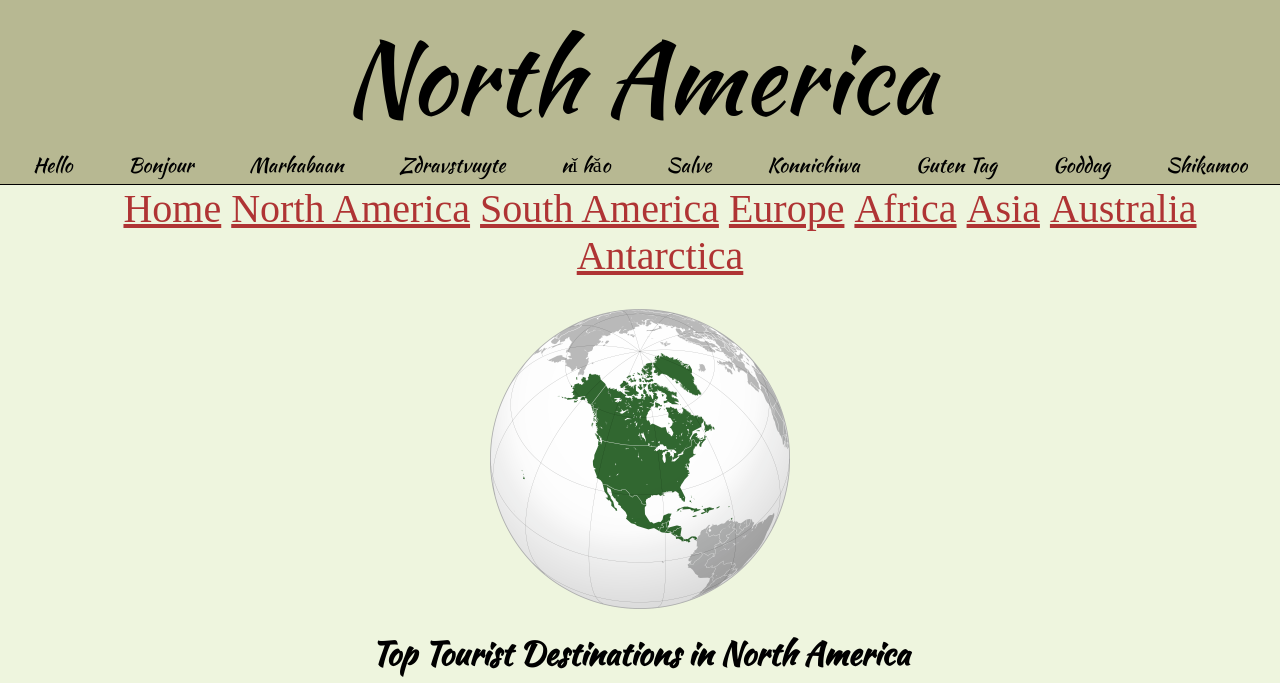
Repository: alharama/StaticWebsite
Page: na_page.html
An editor plug-in stored every save of this project. The page is shown before and after the next save, followed by the edit.
The browser window is 1280 px wide. The pictures show the part of the page from y = 0 to 683 px (the page is 4738 px tall before and 4664 px after).
Pictures or frames that could not be fetched are drawn as grey boxes.

Above is the page before, as saved 2021-10-07 20:31:29.

### na_page.html
<!DOCTYPE html>
<html lang="en">
<head>

    <link rel = "stylesheet" type="text/css" href="CSS/stylesheet.css">
    <link rel="icon" href="World.ico">

    <title> North America </title>

    <style>

        #na {
            display: block;
            margin-left: auto;
            margin-right: auto;
            margin-top: 30px;
            width: auto;
            height: 300px;

        }

        #survey {
            margin: 50px;
        }

        #result {
            padding-top: 5px;
            font-family: 'Kaushan Script';
        }

    </style>

    <script>
        function displayRadioValue() {
            var ele = document.getElementsByName('dest_option');

            for(i = 0; i < ele.length; i++) {
                if(ele[i].checked)
                document.getElementById("result").innerHTML
                         = "Destination: "+ele[i].value;
            }
        }
    </script>

</head>
<div id="contsiner">
<body>
    <header>
        North America


        <div id="languages">
            <div>Hello</div>
            <div>Bonjour</div>
            <div>Marhabaan</div>
            <div>Zdravstvuyte</div>
            <div>nǐ hǎo</div>
            <div>Salve</div>
            <div>Konnichiwa</div>
            <div>Guten Tag</div>
            <div>Goddag</div>
            <div>Shikamoo</div>
        </div>

    </header>
    <div id="content">

        <nav class="top_nav">
            <ul id="top_nav">
                <li><a href="/index.html">Home</a></li>
                <li><a href="/na_page.html">North America</a></li>
                <li><a href="/sa_page.html">South America</a></li>
                <li><a href="/eu_page.html">Europe</a></li>
                <li><a href="/af_page.html">Africa</a></li>
                <li><a href="/as_page.html">Asia</a></li>
                <li><a href="/au_page.html">Australia</a></li>
                <li><a href="/ant_page.html">Antarctica</a></li>
            </ul>
        </nav>

        <img id="na" src="images/NorthAmerica.png" alt="North america">


        <h1> Top Tourist Destinations in North America</h1>


        <ul class = "tourist_spots">
            <li> New York City, NY United States</li>

            <li><img class="dest" src="images/NY.jpeg" alt="NY"></li>
            <li> Los Angeles, CA United States</li>
            <li><img class = "dest" src="images/LA.jpeg" alt="LA"> </li>
            <li> Miami, FL United States</li>
            <li><img class = "dest" src="images/MIA.jpeg" alt = "MIA"></li>
            <li> Toronto, Canada</li>
            <li><img class = "dest" src="images/TOR.jpeg" alt="TOR"> </li>
            <li> Cancun, Mexico</li>
            <li><img class="dest" src="images/Cancun.jpeg" alt="Cancun"> </li>
        </ul>


            <div class = "extra_destinations">
                <div id="other_dest_header"> Other Popular Tourist Destinations</div>
                    <ol>
                        <li> Las Vegas, NV United States</li>
                        <li> Vancouver, Canada</li>
                        <li> San Francisco, CA United States</li>
                        <li> Washington DC, United States</li>
                        <li> Punta Cana, Domincan Republic</li>
                    </ol>
            </div>





        <div id="survey">

            Which destination would you like to travel to?
            <form>

                <input type="radio" name="dest_option" value="New York City">New York City<br>
                <input type="radio" name="dest_option" value="Los Angeles">Los Angeles<br>
                <input type="radio" name="dest_option" value="Miami">Miami<br>
                <input type="radio" name="dest_option" value="Toronto">Toronto<br>
                <input type="radio" name="dest_option" value="Cancun">Cancun<br>
                <input type="radio" name="dest_option" value="Las Vegas">Las Vegas<br>
                <input type="radio" name="dest_option" value="Vancouver">Vancouver<br>
                <button type="button" onclick="displayRadioValue()">
                    Submit
                </button>

                <div id="result"></div>

            </form>

        </div>


    </div>
        <footer>

            References:
                <ol>
                    <li><a href="https://www.travelandleisure.com/travel-guide/new-york-city">https://www.travelandleisure.com/travel-guide/new-york-city</a></li>
                    <li><a href="https://en.wikipedia.org/wiki/Los_Angeles_County,_California">https://en.wikipedia.org/wiki/Los_Angeles_County,_California</a></li>
                    <li><a href="https://www.planetware.com/florida/best-time-to-visit-miami-fl-us-fl-442.htm">https://www.planetware.com/florida/best-time-to-visit-miami-fl-us-fl-442.htm</a></li>
                    <li><a href="https://www.flytap.com/en-us/destinations/canada/toronto">https://www.flytap.com/en-us/destinations/canada/toronto</a></li>
                    <li><a href="https://www.worldatlas.com/cities/cancun.html">https://www.worldatlas.com/cities/cancun.html</a></li>
                </ol>
        </footer>



</body>
</div>


</html>

### CSS/stylesheet.css

 @import url('https://fonts.googleapis.com/css2?family=Kaushan+Script&display=swap');



 header {
    text-align: center;
    padding: 5px;
    font-family: 'Kaushan Script', cursive;
    font-size: 100px;
    border-bottom: 1px solid;
    background-color: rgb(183, 184, 146);

}

#container {
    min-height:100%;
    position:relative;
}

body{
    background: rgb(238, 245, 222);
    margin: 0px;
    padding-bottom: 100px;
}

.top_nav {
    width: 100%;
    font-size: 40px;
    text-align: center;
    color: red;

}

.top_nav ul {
    margin: 0px;
    color: blue;
}

.top_nav li {
    display: inline-block;

}

.top_nav a {
    text-decoration:underline;
    color: rgb(175, 52, 52);

}

.top_nav a:hover {
    background-color: lightgray;
}


#languages{

    display: flex;
    font-size: 20px;
    justify-content:space-around;
}



 h1 {
    text-align: center;
    font-family: 'Kaushan Script', cursive;
}

.tourist_spots {
    text-align: center;
}
.tourist_spots li {
    list-style: none;
    text-align: center;
    font-size: 50px;

}


.dest {
    width: 600px;
    height: 500px;
    padding: 50px;
}

#other_dest_header {
    padding-left: 20px;
    font-size: 50px;
}
.extra_destinations li{
    padding-left: 20px;
    font-size: 20px;
}

#survey {
    margin: 50px;
}

footer {
    position: relative;
    bottom: 0;
    width: 100%;
    height: 100px;
    background-color: green;
    color: black;
    text-align: center;
}

After the next save:
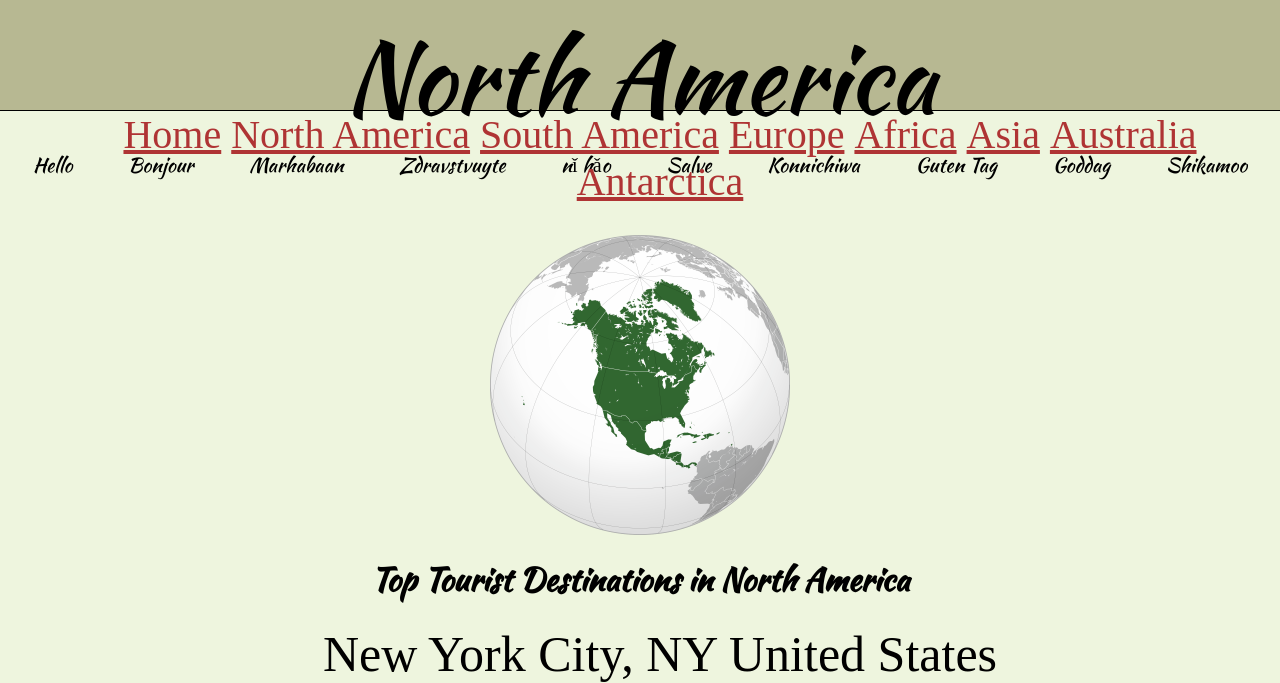
Saved 72 s later.
--- a/CSS/stylesheet.css
+++ b/CSS/stylesheet.css
@@ -8,6 +8,7 @@
     padding: 5px;
     font-family: 'Kaushan Script', cursive;
     font-size: 100px;
+    height: 100px;
     border-bottom: 1px solid;
     background-color: rgb(183, 184, 146);
 
@@ -97,6 +98,10 @@
     margin: 50px;
 }
 
+#content {
+    min-height: calc(100vh - 40px);
+}
+
 footer {
     position: relative;
     bottom: 0;

After the 2 saves that followed:
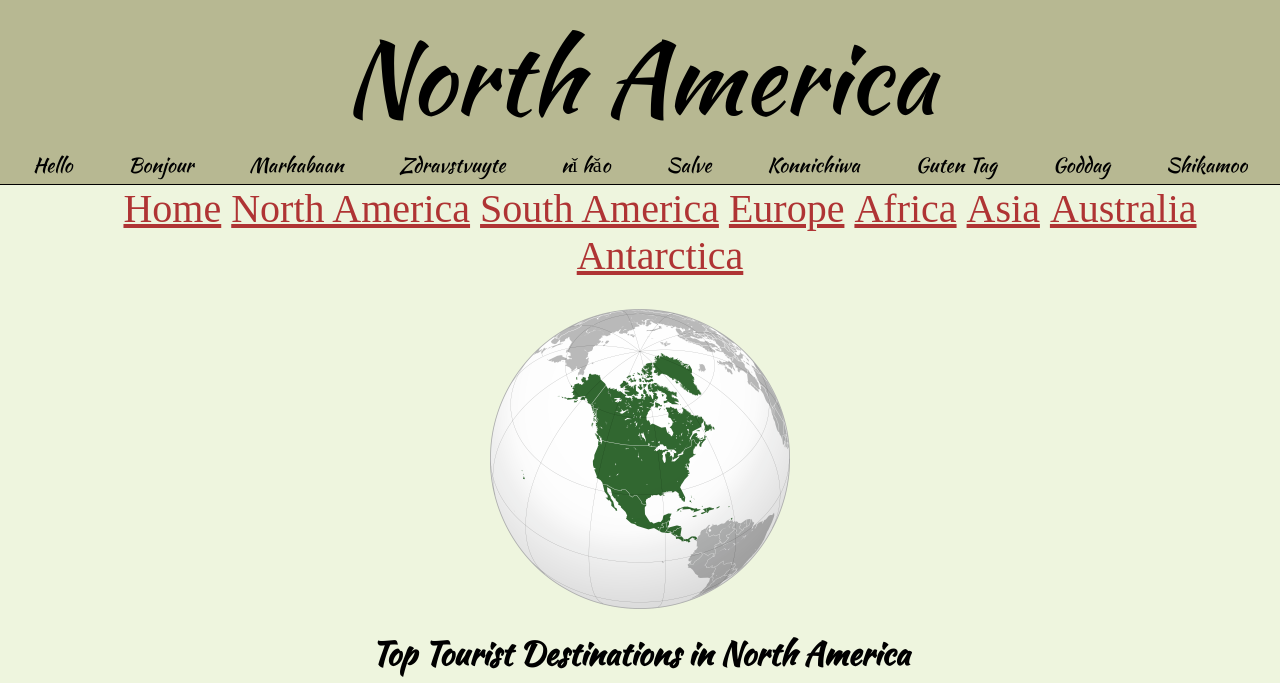
The 2 saves are shown as one change because 1 left the picture as it was.
The last was saved 39 s later.
--- a/na_page.html
+++ b/na_page.html
@@ -63,7 +63,7 @@
         </div>
 
     </header>
-    <div id="content">
+
 
         <nav class="top_nav">
             <ul id="top_nav">
@@ -137,7 +137,7 @@
         </div>
 
 
-    </div>
+
         <footer>
 
             References:
--- a/CSS/stylesheet.css
+++ b/CSS/stylesheet.css
@@ -8,7 +8,6 @@
     padding: 5px;
     font-family: 'Kaushan Script', cursive;
     font-size: 100px;
-    height: 100px;
     border-bottom: 1px solid;
     background-color: rgb(183, 184, 146);
 
@@ -98,9 +97,6 @@
     margin: 50px;
 }
 
-#content {
-    min-height: calc(100vh - 40px);
-}
 
 footer {
     position: relative;
